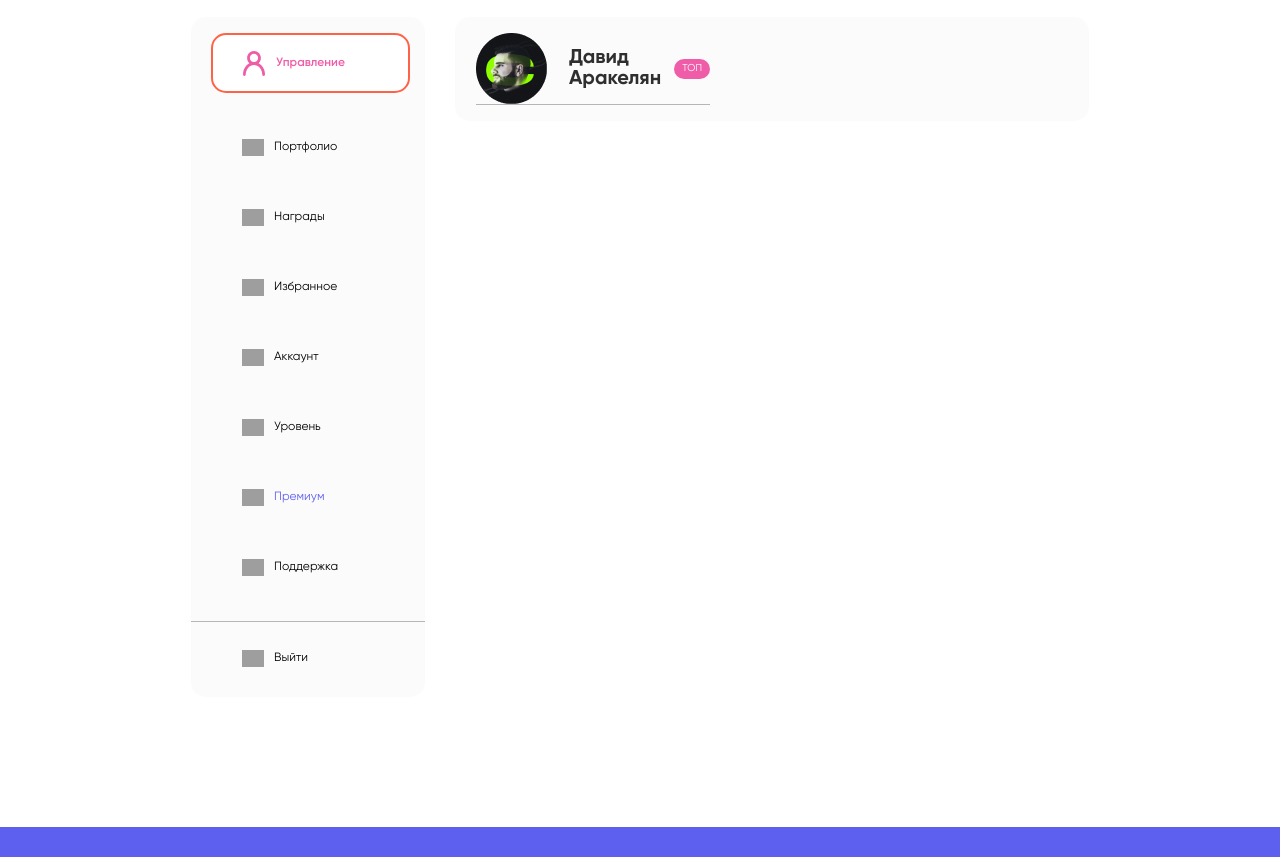
Repository: alexboagreek/selfmade
Page: index.html
These files come from the project's save history. The page is drawn as it stood at one moment and after the next save; the edit follows.
The browser window is 1280 px wide. The pictures show the part of the page from y = 353 to 1210 px (the page is 1719 px tall).
Pictures or frames that could not be fetched are drawn as grey boxes. A picture or video elsewhere on the page could not be fetched, so the positions and the page height are approximate.

Above is the page before, as saved 2022-12-13 12:38:57.

### index.html
<!DOCTYPE html>
<html lang="ru">
<head>
    <meta charset="UTF-8">
    <meta http-equiv="X-UA-Compatible" content="IE=edge">
    <meta name="viewport" content="width=device-width, initial-scale=1.0">
    <link rel="stylesheet" href="css/style.css">
    <link rel="icon" type="image/png" sizes="64x64" href="assets/icons/favicon.png">
    <link rel="icon" type="image/png" sizes="48x48" href="assets/icons/favicon_48.png">
    <title>Selfmade</title>
</head>
<body>
    <header class="header">
        <div class="header__container">
            <h1 class="visually-hidden">Selfmade...</h1>
            <div class="header__box">
                <div class="header__logo">
                    <a href="/"><img src="./assets/icons/header_logo.svg" alt="Логотип Selfmade"></a>
                </div>
                <div class="header__login">
                    <div class="header__alarm">
                        <img class="header__alarm_icon" src="assets/icons/bell.svg" alt="authorization bell">
                    </div>
                    <p class="user__name">Аракелян Д.</p>
                    <div class="user__login">
                        <img src="assets/icons/user_icon.svg" alt="user icon">
                    </div>
                </div>

            </div>

        </div>
    </header>

    <main class="main main__container">
        <div class="sidebar">
            <ul class="menu__list">
                <li class="menu__list_item menu__list_item_fix">
                    <button class="menu__list_button menu__button_control control__text">Управление</button>
                </li>
                <li class="menu__list_item list_item_fix">
                    <button class="menu__list_button menu__button_portfolio">Портфолио</button>
                </li>
                <li class="menu__list_item list_item_fix">
                    <button class="menu__list_button menu__button_star">Награды</button>
                </li>
                <li class="menu__list_item list_item_fix">
                    <button class="menu__list_button menu__button_like">Избранное</button>
                </li>
                <li class="menu__list_item list_item_fix">
                    <button class="menu__list_button menu__button_settings">Аккаунт</button>
                </li>
                <li class="menu__list_item list_item_fix">
                    <button class="menu__list_button menu__button_level">Уровень</button>
                </li>
                <li class="menu__list_item list_item_fix">
                    <button class="menu__list_button menu__button_premium menu__button_active">Премиум</button>
                </li>
                <li class="menu__list_item item__border list_item_fix">
                    <button class="menu__list_button menu__button_helper">Поддержка</button>
                </li>
                <li class="menu__list_item list_item_fix menu__line">
                    <button class="menu__list_button menu__button_exit">Выйти</button>
                </li>
            </ul>
        </div>
        <div class="content">
            <section class="interface">
                <div class="interface__box">
                    <div class="interface__box_header interface__line">
                        <div class="user__info">
                            <img src="assets/img/interface.png" alt="Логотип интерфейса юзера | user interface logo" class="interface__img">
                            <p class="interface__text">Давид Аракелян</p>
                        </div>
                        <div class="interface__rating">Топ</div>
                    </div>
                </div>
            </section>
        </div>
    </main>

  <footer class="footer">
    <div class="footer__container">
        <div class="footer__box">
            <img src="./assets/icons/footer_logo.svg" alt="Логотип Selfmade">
            <div class="footer__social">
                <ul class="footer__social_list">
                    <li class="footer__social_list_item">
                        <svg width="15" height="14" viewbox="0 0 15 14" fill="none" xmlns="http://www.w3.org/2000/svg">
                            <path d="M0.911243 6.87875L4.18677 8.10128L5.45459 12.1786C5.53572 12.4397 5.85504 12.5363 6.067 12.363L7.89283 10.8745C8.08421 10.7186 8.35682 10.7108 8.55683 10.856L11.85 13.2469C12.0767 13.4117 12.3979 13.2875 12.4548 13.0135L14.8672 1.40935C14.9293 1.11007 14.6352 0.860402 14.3502 0.970619L0.907405 6.15646C0.575664 6.2844 0.578554 6.75408 0.911243 6.87875ZM5.25027 7.4505L11.6519 3.50775C11.7669 3.43709 11.8853 3.59266 11.7865 3.6843L6.50332 8.59526C6.31761 8.76813 6.19783 8.99946 6.1639 9.25055L5.98393 10.5842C5.9601 10.7623 5.70995 10.78 5.66081 10.6077L4.96866 8.17563C4.88939 7.89823 5.00491 7.60194 5.25027 7.4505Z" fill="#5D5FEF"/>
                        </svg>
                    </li>
                    <li class="footer__social_list_item">
                        <svg width="15" height="15" viewbox="0 0 15 15" fill="none" xmlns="http://www.w3.org/2000/svg">
                            <path fill-rule="evenodd" clip-rule="evenodd" d="M4.90509 0.6828C2.54568 0.6828 0.632996 2.59548 0.632996 4.9549V10.295C0.632996 12.6544 2.54568 14.5671 4.90509 14.5671H10.2452C12.6046 14.5671 14.5173 12.6544 14.5173 10.295V4.9549C14.5173 2.59548 12.6046 0.6828 10.2452 0.6828H4.90509ZM7.57515 3.88687C5.51067 3.88687 3.83707 5.56047 3.83707 7.62496C3.83707 9.68944 5.51067 11.363 7.57515 11.363C9.63964 11.363 11.3132 9.68944 11.3132 7.62496C11.3132 5.56047 9.63964 3.88687 7.57515 3.88687ZM11.5421 4.64975C12.0898 4.64975 12.5338 4.20573 12.5338 3.65801C12.5338 3.11029 12.0898 2.66627 11.5421 2.66627C10.9944 2.66627 10.5504 3.11029 10.5504 3.65801C10.5504 4.20573 10.9944 4.64975 11.5421 4.64975Z" fill="#5D5FEF"/>
                        </svg>
                    </li>
                    <li class="footer__social_list_item">
                        <svg width="16" height="9" viewbox="0 0 16 9" fill="none" xmlns="http://www.w3.org/2000/svg">
                            <path d="M12.9479 4.91454C12.7006 4.61918 12.7714 4.48778 12.9479 4.22376C12.9511 4.22075 14.9925 1.55289 15.2028 0.648132L15.2041 0.647529C15.3086 0.317814 15.2041 0.0755005 14.6987 0.0755005H13.0263C12.6006 0.0755005 12.4043 0.283456 12.2991 0.516125C12.2991 0.516125 11.4477 2.44378 10.2431 3.69332C9.85434 4.05438 9.67462 4.17012 9.46239 4.17012C9.35787 4.17012 9.19535 4.05438 9.19535 3.72467V0.647529C9.19535 0.252112 9.07617 0.0755005 8.72373 0.0755005H6.09412C5.82709 0.0755005 5.66839 0.259948 5.66839 0.431737C5.66839 0.80666 6.27066 0.892856 6.33312 1.9477V4.23642C6.33312 4.73792 6.23689 4.83015 6.02338 4.83015C5.45489 4.83015 4.07508 2.89465 3.25739 0.679476C3.09232 0.249701 2.93108 0.0761032 2.50216 0.0761032H0.829178C0.351821 0.0761032 0.255585 0.284059 0.255585 0.516728C0.255585 0.927817 0.824079 2.97181 2.89921 5.67222C4.28221 7.51549 6.22988 8.51428 8.00164 8.51428C9.06661 8.51428 9.19663 8.29246 9.19663 7.91091C9.19663 6.14961 9.10039 5.98325 9.63383 5.98325C9.88111 5.98325 10.3068 6.09898 11.3011 6.98806C12.4374 8.04231 12.6242 8.51428 13.2602 8.51428H14.9326C15.4093 8.51428 15.6508 8.29246 15.5119 7.85485C15.1939 6.93442 13.0448 5.04112 12.9479 4.91454V4.91454Z" fill="#5D5FEF"/>
                        </svg>
                    </li>
                    <li class="footer__social_list_item">
                        <svg width="7" height="14" viewbox="0 0 7 14" fill="none" xmlns="http://www.w3.org/2000/svg">
                            <path d="M5.1126 2.93661H6.8285V0.446777H4.81141V0.455757C2.36736 0.540786 1.86645 1.89031 1.8223 3.30771H1.81727V4.55101H0.153015V6.9893H1.81727V13.5253H4.3254V6.9893H6.37996L6.77685 4.55101H4.32622V3.79984C4.32622 3.32082 4.65072 2.93661 5.1126 2.93661Z" fill="#5D5FEF"/>
                        </svg>
                    </li>
                </ul>
            </div>
        </div>
        <div class="footer__services">
            <ul class="services__list">
                <li class="services__list_item">Как работает сервис?</li>
                <li class="services__list_item">Советы от SELFMADE</li>
                <li class="services__list_item">Пользовательское соглашение</li>
                <li class="services__list_item">Почему SELFMADE</li>
                <li class="services__list_item">Помощь и поддержка</li>
            </ul>
        </div>
    </div>
    <div class="footer__copyright">
        <ul class="footer__copyright_list">
            <li class="footer__copyright_list_item footer__copy_text">© SELFMADE.TEAM 2022</li>
            <li class="footer__copyright_list_item footer__copy_text-info">ИНН 431207720494 / ОГРНИП 320508100324371</li>
            <li class="footer__copyright_list_item">
                <a class="footer__copyright_link" href="#">Политика конфиденциальности</a>
            </li>
        </ul>
    </div>

  </footer>
</body>
</html>

### css/style.css
@import 'normalize.css';
@import 'fonts.css';
@import 'default.css';
@import 'header.css';
@import 'sidebar.css';
@import 'interface.css';
@import 'footer.css';

### css/fonts.css
@font-face {
    font-family: Gilroy;
    src: url(../assets/fonts/Gilroy-Regular.woff2) format('woff2'),
    url(../assets/fonts/Gilroy-Regular.woff) format('woff');
    font-weight: 400;
}

@font-face {
    font-family: Gilroy;
    src: url(../assets/fonts/Gilroy-Semibold.woff2) format('woff2'),
    url(../assets/fonts/Gilroy-Semibold.woff) format('woff');
    font-weight: 500;
}

@font-face {
    font-family: Gilroy;
    src: url(../assets/fonts/Gilroy-Bold.woff2) format('woff2'),
    url(../assets/fonts/Gilroy-Bold.woff) format('woff');
    font-weight: 600;
}

### css/default.css
:root {
    --color-control-text:#EF5DA8;
    --color-menu: #F0F0F0;
    --color-menu-active: #5D5FEF;
    --color-alarm: #EF5DA8;
    --color-main: #FBFBFB;
    --footer-color-main: #5D5FEF;
    --footer-color-copyright: #5556D3;
    --footer-social-color: #FFFFFF;
    --footer-copyright-link: #B6B6B6;
}

html {
  overflow-x: hidden;
  position: relative;
  box-sizing: border-box;
}

*,
*::before,
*::after {
  box-sizing: inherit;
}

body {
  display: flex;
  flex-direction: column;
  min-width: 320px;
  height: 100%;
  font-family: Gilroy, sans-serif;
  background-color: #FFFFFF;
  font-size: 16px;
  overflow-x: hidden;
  position: relative;
}

img,
svg {
  max-width: 100%;
  max-height: 100%;
  height: auto;
}

button {
  padding: 0;
  cursor: pointer;
  border: none;
  background-color: transparent;
}

a {
  text-decoration: none;
  color: inherit;
}

ul {
  list-style: none;
  padding: 0;
  margin: 0;
}

h1,
h2,
h3,
p,
figure,
fieldset {
  margin: 0;
}

iframe {
  border: none;
}

fieldset {
  padding: 0;
  border: 0;
}

.visually-hidden {
  position: fixed;
  transform: scale(0);
}

.container {
    max-width: 1400px;
    padding: 0 100px;
    margin: 0 auto;
}

### css/header.css
.header {
    padding-top: 28px;
    padding-bottom: 37px;
    flex: 0 0 auto;
    background-color: #FFFFFF;
}

.header__box {
    display: flex;
    justify-content: space-between;
    align-items: center;
}

.header__container {
    max-width: 1500px;
    margin: 0 auto;
    padding: 0 100px;
}

.header__alarm {
    position: relative;
    margin-right: 11px;
}

.header__alarm::after {
    position: absolute;
    top: 0;
    content: '';
    width: 5px;
    height: 5px;
    background-color: var(--color-alarm);
    border-radius: 50%;
}
.user__name {
    margin-right: 6px;
}

.header__login {
    display: flex;
    align-items: center;
}

.user__login {
    cursor: pointer;
}

.services__list_item {
    cursor: pointer;
}

### css/sidebar.css
.main {
    display: flex;
}

.main__container {
    max-width: 1200px;
    margin: 0 auto;
}

.sidebar {
    display: flex;
    justify-content: center;
    width: 234px;
    border-radius: 15px;
    background-color: var(--color-main);
    margin-bottom: 130px;
    margin-right: 30px;
}

.menu__list_button {
    font-size: 12px;
    line-height: 16px;
    padding: 7px 8px 7px 40px;
    background-size: 22px;
    background-position: 8px center;
    background-repeat: no-repeat;
    border-radius: 50px;
    border: 1px solid transparent;
    white-space: nowrap;
    outline: none;
    margin-bottom: 38px;
}

.menu__list_item_fix {
    display: flex;
    padding-left: 20px;
    align-items: flex-start;
}

.menu__button_active {
    color: var(--color-menu-active);
}

.menu__button_control {
    width: 199px;
    margin-top: 16px;
    border-radius: 15px;
    border: 2px solid tomato;
    padding: 20px;
    background-color: #FFFFFF;
    background-image: url('../assets/icons/user__icon.svg');
    background-position: calc(30px);
}

.control__text {
    font-weight: 500;
    color: var(--color-control-text);
}

.menu__button_portfolio {
    background-image: url('../assets/icons/portfolio_icon.svg');
}
.menu__button_star {
    background-image: url('../assets/icons/star_icon.svg');
}

.menu__button_like {
    background-image: url('../assets/icons/like_icon.svg');
}
.menu__button_settings {
    background-image: url('../assets/icons/settings_icon.svg');
}
.menu__button_level {
    background-image: url('../assets/icons/level_icon.svg');
}
.menu__button_premium {
    background-image: url('../assets/icons/premium_icon.svg');
}

.menu__button_helper {
    background-image: url('../assets/icons/helper_icon.svg');
}

.menu__line {
    width: 234px;
    border-top: 1px solid var(--footer-copyright-link);
}
.menu__button_exit {
    background-image: url('../assets/icons/exit_icon.svg');
    margin-top: 20px;
    margin-bottom: 23px;
}

.list_item_fix {
    padding-left: 42px;
}

### css/interface.css
.interface__box {
    border-radius: 15px;
    padding: 16px 21px;
    width: 634px;
    background-color: var(--color-main);
}
.interface__box_header {
    display: flex;
    justify-content: space-between;
    align-items: center;
    border-bottom: 1px solid tomato;
}
.user__info {
    display: flex;
    align-items: center;
}

.interface__text {
    font-weight: 700;
    font-size: 20px;
    margin-left: 22px;
    line-height: 1.06;
    color: #2F2F2F;
}

.interface__rating {
    padding: 4px 8px;
    border-radius: 47px;
    color: #FFFFFF;
    background-color: var( --color-control-text);
    font-size: 10px;
    text-transform: uppercase;
}

.interface__line {
    width: 234px;
    border-bottom: 1px solid var(--footer-copyright-link);
}

### css/footer.css
.footer {
    flex: 0 0 auto;
}

.footer__container {
    padding: 50px 140px 0px 140px;
    background-color: var(--footer-color-main);
}

.footer__box {
    display: flex;
    justify-content: space-between;
    background-color: var(--footer-color-main);
    margin-bottom: 50px;
}

.footer__social_list_item {
    display: flex;
    align-items: center;
    justify-content: center;
    width: 29px;
    height: 29px;
    background-color: var(--footer-social-color);
    border-radius: 50%;
    margin-right: 19px;
    cursor: pointer;
}

.footer__social_list_item:last-child {
    margin-right: 0;
}

.footer__social_list {
    display: flex;
}

.footer__services {
    padding-bottom: 41px;
}

.services__list {
    display: flex;
    justify-content: space-between;
}
.services__list_item {
    font-size: 16px;
    font-weight: 500;
    color: var(--footer-social-color);
}

.footer__copyright {
    padding: 30px 140px;
    border-top: 1px solid #FFFFFF;
    background-color: var(--footer-color-copyright);
}

.footer__copyright_list {
    display: flex;
    justify-content: space-between;
}

.footer__copy_text {
    font-weight: 500;
    line-height: 16px;
    color: var(--footer-social-color);
}

.footer__copy_text-info {
    font-weight: 400;
    color: var(--footer-social-color);
}
.footer__copyright_link {
    color: var(--footer-copyright-link);
}

Loaded but not shown: css/normalize.css (library)

After the next save:
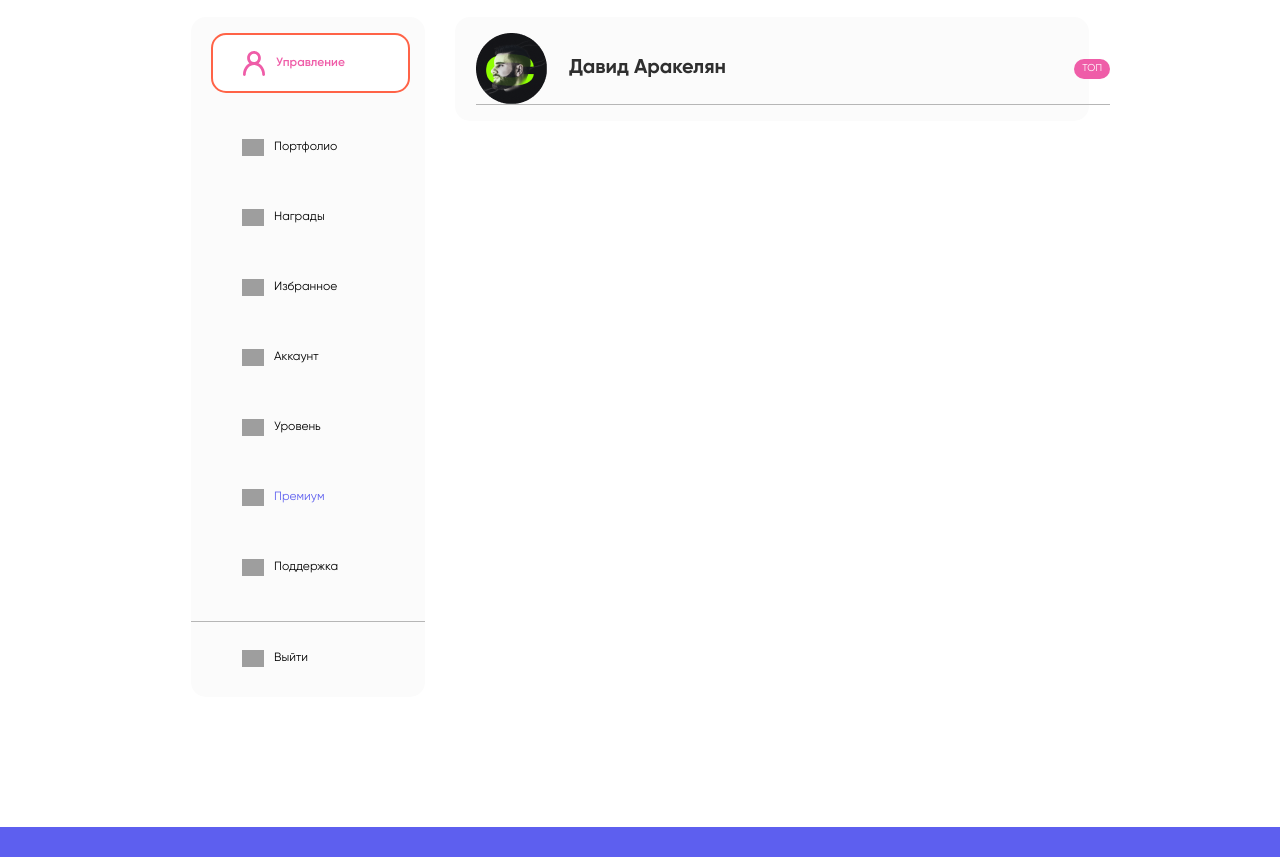
Saved 17 s later.
--- a/css/interface.css
+++ b/css/interface.css
@@ -33,6 +33,6 @@
 }
 
 .interface__line {
-    width: 234px;
+    width: 634px;
     border-bottom: 1px solid var(--footer-copyright-link);
 }
